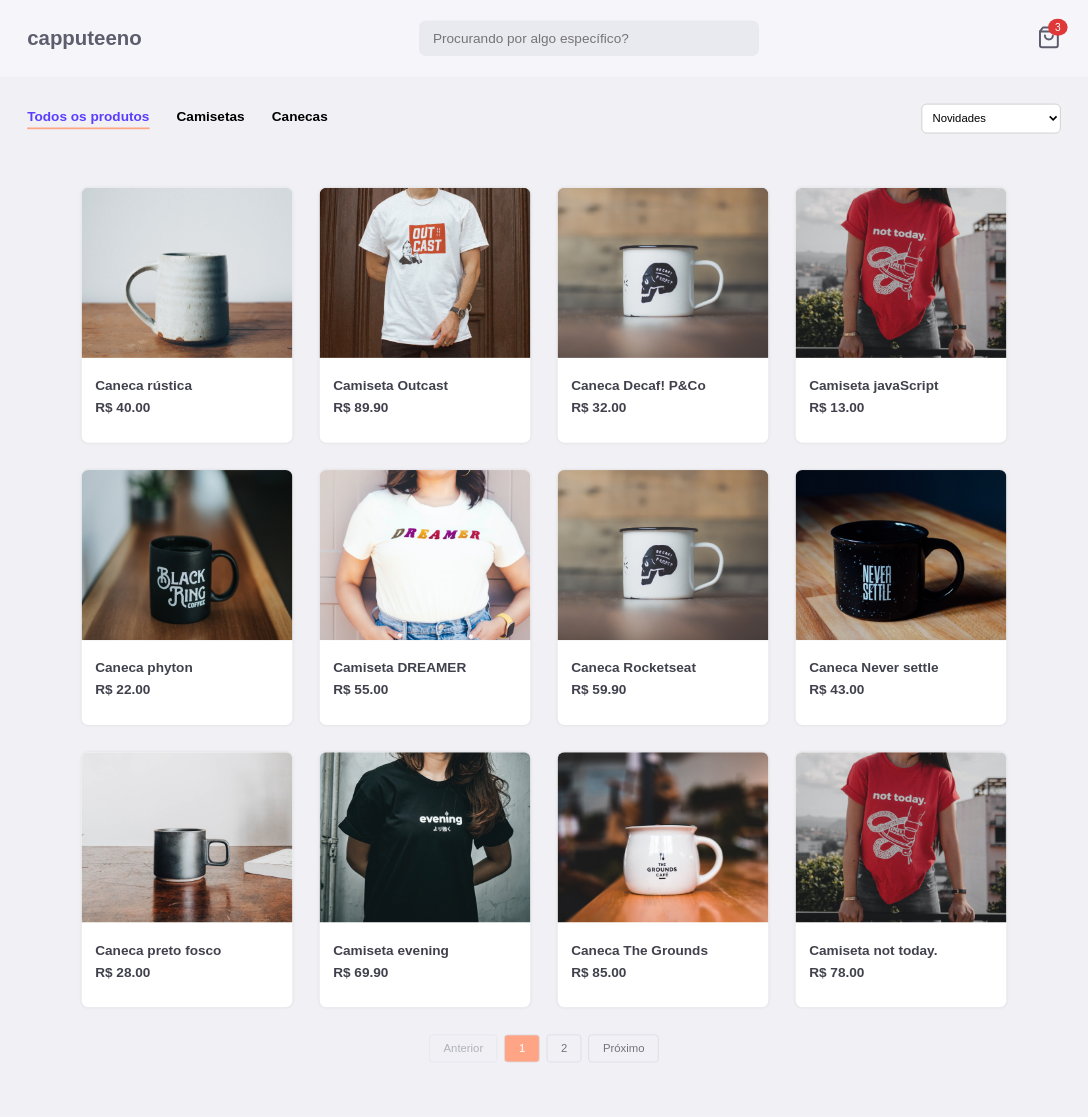
Repository: Biel-barbosa/capputeenoecomerce
Page: /
The author's editor kept a copy of each file at every save. The page is drawn from the files as they stood at one save, then again after the next save.
The browser window is 1280 px wide. The pictures show the whole page, at 85% of full size.
The project was rebuilt for these pictures with package versions that can differ from the ones it lists, and the page was loaded fresh each time. The framework's server and built-in components were replaced by stand-ins that run in the browser. Also part of the build but not shown: next.config.ts.

Above is the page before, as saved 2025-04-23 12:09:01.

### src/app/page.tsx
'use client'
import { useState, useMemo } from 'react'
import styled from 'styled-components'
import Header from '../components/Header'
import { products as allProducts } from '../data/products'
import ProductsList from '@/components/ProductsList'

const Container = styled.main`
  padding: 2rem;
  background-color: #f0f0f5;
`

const FiltersWrapper = styled.div`
  display: flex;
  justify-content: space-between;
  align-items: center;
  flex-wrap: wrap;
  margin-bottom: 2rem;
  text-color: #41414D;
`

const Categories = styled.div`
  display: flex;
  gap: 2rem;

  button {
    background: none;
    border: none;
    font-weight: 600;
    font-size: 1rem;
    cursor: pointer;
    border-bottom: 2px solid transparent;
    padding-bottom: 4px;
    transition: 0.2s;

    &.active {
      color: #5a3eff;
      border-color: #FFA585;
    }
  }
`

const SortSelect = styled.select`
  background: #fff;
  padding: 0.5rem;
  border-radius: 6px;
  border: 1px solid #ccc;
`

const HomePage = () => {
  const [category, setCategory] = useState('all')
  const [searchTerm, setSearchTerm] = useState('')
  const [sortOption, setSortOption] = useState('newest')
  const [currentPage, setCurrentPage] = useState(1)

  const itemsPerPage = 12

  const filteredProducts = useMemo(() => {
    let products = allProducts.filter((product) => {
      const matchesCategory = category === 'all' || product.category === category
      const matchesSearch = product.title.toLowerCase().includes(searchTerm.toLowerCase())
      return matchesCategory && matchesSearch
    })

    if (sortOption === 'price-asc') {
      products = products.sort((a, b) => a.price - b.price)
    } else if (sortOption === 'price-desc') {
      products = products.sort((a, b) => b.price - a.price)
    } else if (sortOption === 'bestsellers') {
      products = products.sort((a, b) => b.sales - a.sales)
    } else {
      products = products.sort((a, b) => new Date(b.createdAt).getTime() - new Date(a.createdAt).getTime())
    }

    return products
  }, [category, searchTerm, sortOption])

  const totalPages = Math.ceil(filteredProducts.length / itemsPerPage)
  const paginatedProducts = filteredProducts.slice(
    (currentPage - 1) * itemsPerPage,
    currentPage * itemsPerPage
  )

  return (
    <>
      <Header onSearch={setSearchTerm} />
      <Container>
        <FiltersWrapper>
          <Categories>
            {['all', 't-shirts', 'mugs'].map((cat) => (
              <button
                key={cat}
                className={category === cat ? 'active' : ''}
                onClick={() => {
                  setCategory(cat)
                  setCurrentPage(1)
                }}
              >
                {cat === 'all' ? 'Todos os produtos' : cat === 't-shirts' ? 'Camisetas' : 'Canecas'}
              </button>
            ))}
          </Categories>

          <SortSelect
            value={sortOption}
            onChange={(e) => {
              setSortOption(e.target.value)
              setCurrentPage(1) // resetar página ao mudar ordenação
            }}
          >
            <option value="newest">Novidades</option>
            <option value="price-desc">Preço: Maior - menor</option>
            <option value="price-asc">Preço: Menor - maior</option>
            <option value="bestsellers">Mais vendidos</option>
          </SortSelect>
        </FiltersWrapper>

        <ProductsList
          products={paginatedProducts}
          currentPage={currentPage}
          totalPages={totalPages}
          onPageChange={setCurrentPage}
        />
      </Container>
    </>
  )
}

export default HomePage

### src/components/Header.tsx
'use client';
import styled from 'styled-components';
import { FiShoppingBag } from 'react-icons/fi';

type HeaderProps = {
  onSearch?: (value: string) => void;
};

const HeaderContainer = styled.header`
  width: 100%;
  padding: 1.5rem 2rem;
  display: flex;
  align-items: center;
  justify-content: space-between;
  background-color: #f5f5fa;
  flex-wrap: wrap;
  gap: 1rem;
`;

const Logo = styled.h1`
  font-size: 1.5rem;
  font-weight: 600;
  color: #5d5d6d;
`;

const SearchInput = styled.input`
  flex: 1;
  max-width: 400px;
  margin: 0 2rem;
  padding: 0.75rem 1rem;
  border: none;
  border-radius: 8px;
  background: #e9e9f0;
  font-size: 1rem;
  color: #737380;

  &:focus {
    outline: 2px solid #115d8c;
  }

  @media (max-width: 768px) {
    margin: 0;
    width: 100%;
    order: 3;
  }
`;

const CartButton = styled.button`
  position: relative;
  background: none;
  border: none;
  cursor: pointer;

  svg {
    font-size: 1.75rem;
    color: #5d5d6d;
  }
`;

const CartCount = styled.span`
  position: absolute;
  top: -8px;
  right: -8px;
  background-color: #de3838;
  color: white;
  border-radius: 50%;
  font-size: 0.75rem;
  padding: 0.25rem 0.5rem;
  line-height: 1;
`;

const Header = ({ onSearch }: HeaderProps) => {
  const cartItemCount = 3; // Trocar por dados reais depois

  return (
    <HeaderContainer>
      <Logo>capputeeno</Logo>

      <SearchInput
        type="text"
        placeholder="Procurando por algo específico?"
        onChange={(e) => onSearch?.(e.target.value)}
      />

      <CartButton>
        <FiShoppingBag />
        <CartCount>{cartItemCount}</CartCount>
      </CartButton>
    </HeaderContainer>
  );
};

export default Header;

### src/data/products.ts
export type Product = {
    id: string;
    title: string;
    image: string;
    price: number;
    category: 't-shirts' | 'mugs';
    description: string;
    createdAt: Date;
    sales: number;
};

export const products: Product[] = [
    {
        id: '1',
        title: 'Camiseta not today.',
        image: '/images/Camiseta-not-today.jpg',
        price: 78.0,
        category: 't-shirts',
        description: 'Aqui vem um texto descritivo do produto, esta caixa de texto servirá apenas de exemplo para que simule algum texto que venha a ser inserido nesse campo, descrevendo tal produto.',
        createdAt: new Date('2024-03-01'),
        sales: 30,
    },
    {
        id: '2',
        title: 'Caneca rústica',
        image: '/images/Caneca-ceramica-rustica.jpg',
        price: 40.0,
        category: 'mugs',
        description: 'Aqui vem um texto descritivo do produto, esta caixa de texto servirá apenas de exemplo para que simule algum texto que venha a ser inserido nesse campo, descrevendo tal produto.',
        createdAt: new Date('2024-04-10'),
        sales: 80,
    },
    {
        id: '3',
        title: 'Camiseta Broken Saints',
        image: '/images/Camiseta-broken-saints.jpg',
        price: 58.0,
        category: 't-shirts',
        description: 'Aqui vem um texto descritivo do produto, esta caixa de texto servirá apenas de exemplo para que simule algum texto que venha a ser inserido nesse campo, descrevendo tal produto.',
        createdAt: new Date('2024-01-15'),
        sales: 45,
    },
    {
        id: '4',
        title: 'Caneca Black Ring',
        image: '/images/Caneca-Black-Ring.jpg',
        price: 32.0,
        category: 'mugs',
        description: 'Aqui vem um texto descritivo do produto, esta caixa de texto servirá apenas de exemplo para que simule algum texto que venha a ser inserido nesse campo, descrevendo tal produto.',
        createdAt: new Date('2024-02-20'),
        sales: 60,
    },
    {
        id: '5',
        title: 'Camiseta Outcast',
        image: '/images/Camiseta-outcast.jpg',
        price: 89.9,
        category: 't-shirts',
        description: 'Aqui vem um texto descritivo do produto, esta caixa de texto servirá apenas de exemplo para que simule algum texto que venha a ser inserido nesse campo, descrevendo tal produto.',
        createdAt: new Date('2024-04-05'),
        sales: 50,
    },
    {
        id: '6',
        title: 'Caneca The Grounds',
        image: '/images/Caneca-The-Grounds.jpg',
        price: 85.0,
        category: 'mugs',
        description: 'Aqui vem um texto descritivo do produto, esta caixa de texto servirá apenas de exemplo para que simule algum texto que venha a ser inserido nesse campo, descrevendo tal produto.',
        createdAt: new Date('2024-03-10'),
        sales: 75,
    },
    {
        id: '7',
        title: 'Camiseta evening',
        image: '/images/Camiseta-evening.jpg',
        price: 69.9,
        category: 't-shirts',
        description: 'Aqui vem um texto descritivo do produto, esta caixa de texto servirá apenas de exemplo para que simule algum texto que venha a ser inserido nesse campo, descrevendo tal produto.',
        createdAt: new Date('2024-03-11'),
        sales: 62,
    },
    {
        id: '8',
        title: 'Caneca preto fosco',
        image: '/images/Caneca-preto-fosco.jpg',
        price: 28.0,
        category: 'mugs',
        description: 'Aqui vem um texto descritivo do produto, esta caixa de texto servirá apenas de exemplo para que simule algum texto que venha a ser inserido nesse campo, descrevendo tal produto.',
        createdAt: new Date('2024-03-12'),
        sales: 58,
    },
    {
        id: '9',
        title: 'Caneca Never settle',
        image: '/images/Caneca-Never-settle.jpg',
        price: 43.0,
        category: 'mugs',
        description: 'Aqui vem um texto descritivo do produto, esta caixa de texto servirá apenas de exemplo para que simule algum texto que venha a ser inserido nesse campo, descrevendo tal produto.',
        createdAt: new Date('2024-03-13'),
        sales: 54,
    },
    {
        id: '10',
        title: 'Caneca Rocketseat',
        image: '/images/Caneca-Decaf!-P&Co.jpg',
        price: 59.9,
        category: 'mugs',
        description: 'Aqui vem um texto descritivo do produto, esta caixa de texto servirá apenas de exemplo para que simule algum texto que venha a ser inserido nesse campo, descrevendo tal produto.',
        createdAt: new Date('2024-03-14'),
        sales: 48,
    },
    {
        id: '11',
        title: 'Camiseta DREAMER',
        image: '/images/Camiseta-DREAMER.jpg',
        price: 55.0,
        category: 't-shirts',
        description: 'Aqui vem um texto descritivo do produto, esta caixa de texto servirá apenas de exemplo para que simule algum texto que venha a ser inserido nesse campo, descrevendo tal produto.',
        createdAt: new Date('2024-03-15'),
        sales: 52,
    },
    {
        id: '12',
        title: 'Caneca Decaf! P&Co',
        image: '/images/Caneca-Decaf!-P&Co.jpg',
        price: 32.0,
        category: 'mugs',
        description: 'Aqui vem um texto descritivo do produto, esta caixa de texto servirá apenas de exemplo para que simule algum texto que venha a ser inserido nesse campo, descrevendo tal produto.',
        createdAt: new Date('2024-03-16'),
        sales: 70,
    },
    {
        id: '13',
        title: 'Camiseta javaScript',
        image: '/images/Camiseta-not-today.jpg',
        price: 13.0,
        category: 't-shirts',
        description: 'Aqui vem um texto descritivo do produto, esta caixa de texto servirá apenas de exemplo para que simule algum texto que venha a ser inserido nesse campo, descrevendo tal produto.',
        createdAt: new Date('2024-03-16'),
        sales: 70,
    },
    {
        id: '14',
        title: 'Caneca phyton',
        image: '/images/Caneca-Black-Ring.jpg',
        price: 22.0,
        category: 'mugs',
        description: 'Aqui vem um texto descritivo do produto, esta caixa de texto servirá apenas de exemplo para que simule algum texto que venha a ser inserido nesse campo, descrevendo tal produto.',
        createdAt: new Date('2024-03-16'),
        sales: 70,
    },
];

export function getProductById(id: string) {
    return products.find((product) => product.id === id);
}

### src/components/ProductsList.tsx
'use client';
import styled from 'styled-components';
import { Product } from '@/data/products';

type Props = {
  products: Product[];
  currentPage: number;
  totalPages: number;
  onPageChange: (page: number) => void;
};

const Container = styled.main`
  flex: 1;
  background-color: #f0f0f5;
  padding: 2rem;
`;

const ProductsGrid = styled.div`
  display: grid;
  grid-template-columns: repeat(4, 248px);
  gap: 2rem;
  justify-content: center;

  @media (max-width: 1024px) {
    grid-template-columns: repeat(2, 1fr);
  }

  @media (max-width: 600px) {
    grid-template-columns: 1fr;
  }
`;

const ProductCard = styled.div`
  background-color: white;
  border-radius: 8px;
  width: 248px;
  height: 300px;
  box-shadow: 0 0 4px rgba(0, 0, 0, 0.1);
  display: flex;
  flex-direction: column;
  justify-content: space-between;
  overflow: hidden; /* Garante que a imagem não ultrapasse os limites do card */
`;

const ProductImage = styled.img`
  width: 100%;
  height: 200px; /* Ajuste a altura conforme necessário */
  object-fit: cover; /* Faz a imagem ocupar todo o espaço disponível */
`;

const ProductInfo = styled.div`
  padding: 1rem;
  display: flex;
  flex-direction: column;
  justify-content: start;
  height: 156px; /* O restante da altura do card após a imagem */
`;

const ProductTitle = styled.h3`
  font-size: 1rem;
  color: #41414d;
  margin: 0.5rem 0;
`;

const ProductPrice = styled.span`
  font-weight: bold;
  color: #41414D;
`;

const PaginationContainer = styled.div`
  display: flex;
  justify-content: center;
  margin-top: 2rem;
  gap: 0.5rem;
`;

const PageButton = styled.button<{ isActive: boolean }>`
  background: ${({ isActive }) => (isActive ? '#FFA585' : 'transparent')};
  border: 1px solid #dcdce5;
  color: ${({ isActive }) => (isActive ? '#fff' : '#737380')};
  padding: 0.5rem 1rem;
  border-radius: 4px;
  cursor: pointer;

  &:disabled {
    opacity: 0.5;
    cursor: not-allowed;
  }
`;

const ProductsList = ({ products, currentPage, totalPages, onPageChange }: Props) => {
  return (
    <Container>
      <ProductsGrid>
        {products.map((product) => (
          <ProductCard key={product.id}>
            <ProductImage src={product.image} alt={product.title} />
            <ProductInfo>
              <ProductTitle>{product.title}</ProductTitle>
              <ProductPrice>R$ {product.price.toFixed(2)}</ProductPrice>
            </ProductInfo>
          </ProductCard>
        ))}
      </ProductsGrid>

      <PaginationContainer>
        <PageButton onClick={() => onPageChange(currentPage - 1)} disabled={currentPage === 1} isActive={false}>
          Anterior
        </PageButton>

        {[...Array(totalPages)].map((_, index) => {
          const page = index + 1;
          return (
            <PageButton
              key={page}
              onClick={() => onPageChange(page)}
              isActive={currentPage === page}
            >
              {page}
            </PageButton>
          );
        })}

        <PageButton onClick={() => onPageChange(currentPage + 1)} disabled={currentPage === totalPages} isActive={false}>
          Próximo
        </PageButton>
      </PaginationContainer>
    </Container>
  );
};

export default ProductsList;

Loaded but not shown: src/app/layout.tsx (common file); src/app/globals.css (common file)

After the next save:
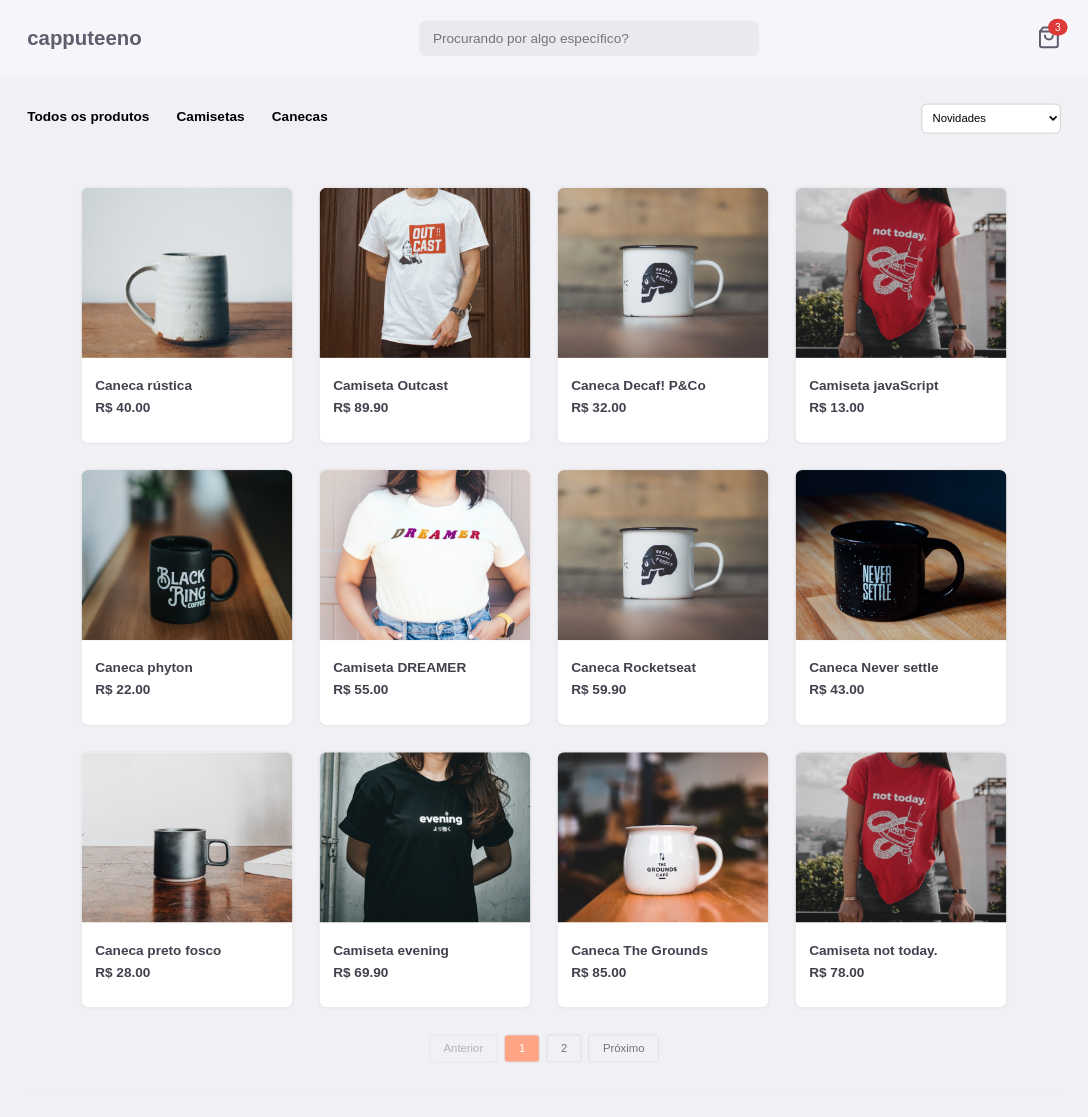
Saved 24 s later.
--- a/src/app/page.tsx
+++ b/src/app/page.tsx
@@ -34,7 +34,7 @@
     transition: 0.2s;
 
     &.active {
-      color: #5a3eff;
+      color: #41414D
       border-color: #FFA585;
     }
   }

After the 3 saves that followed:
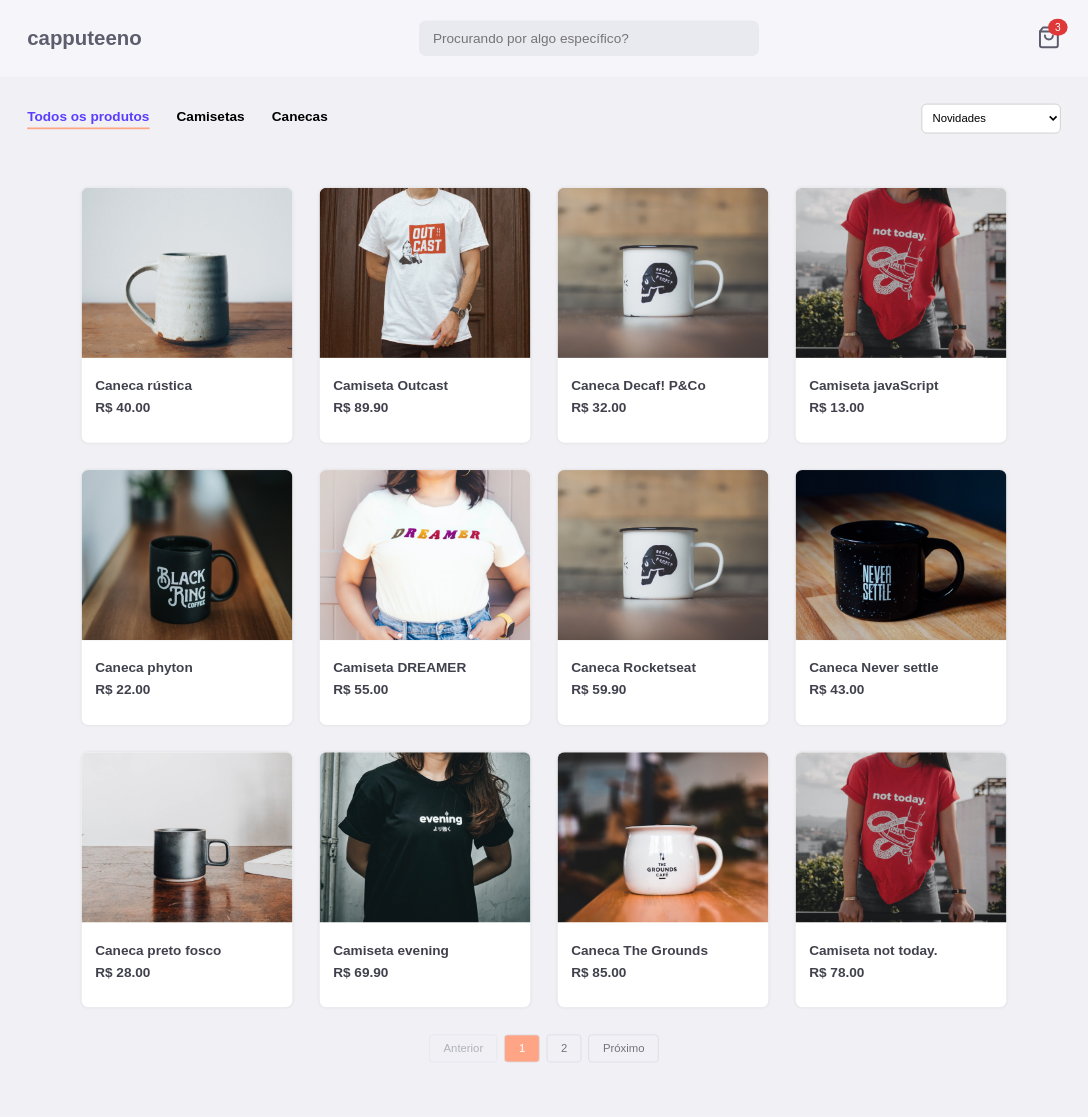
The 3 saves are shown as one change because 2 left the picture as it was.
The last was saved 38 s later.
--- a/src/app/page.tsx
+++ b/src/app/page.tsx
@@ -34,7 +34,7 @@
     transition: 0.2s;
 
     &.active {
-      color: #41414D
+      color: #5a3eff;
       border-color: #FFA585;
     }
   }
